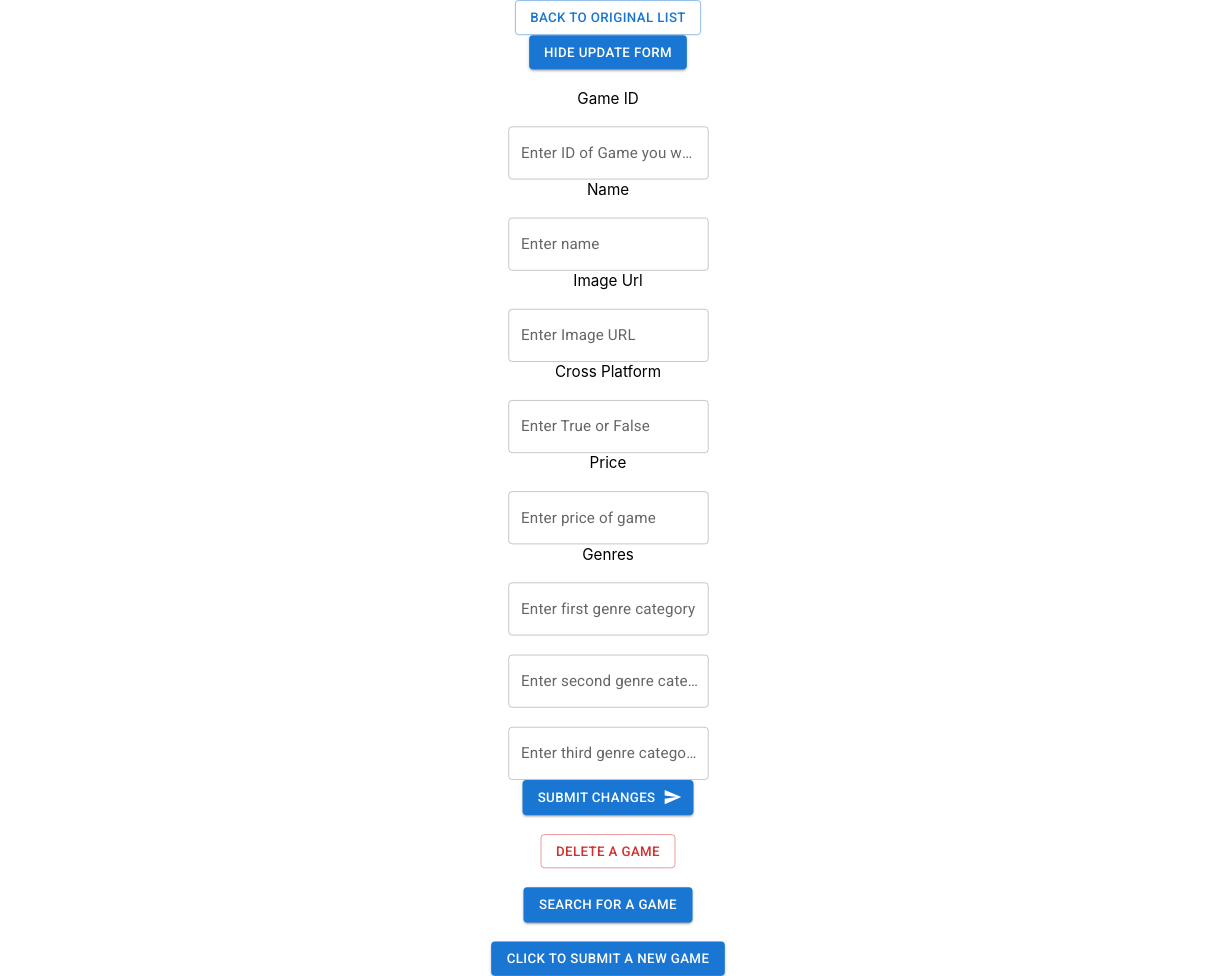
Repository: The-Software-Guild/assessment-2-react-nj10deadend
Page: / (app in Part-2/React-section/frontend/), after clicking the first element matching `button.MuiButton-contained`
The author's editor kept a copy of each file at every save. The page is drawn from the files as they stood at one save, then again after the next save.
The browser window is 1280 px wide. The pictures show the whole page, at 95% of full size.
The page's requests for data from a server got no answer. The project was rebuilt for these pictures with package versions that can differ from the ones it lists, and the page was loaded fresh each time. No one was signed in, and anything a server would have sent is missing. Also part of the build but not shown: Part-2/React-section/frontend/src/components/GameCards.js.

Above is the page before, as saved 2021-12-19 22:42:10.

After the next save:
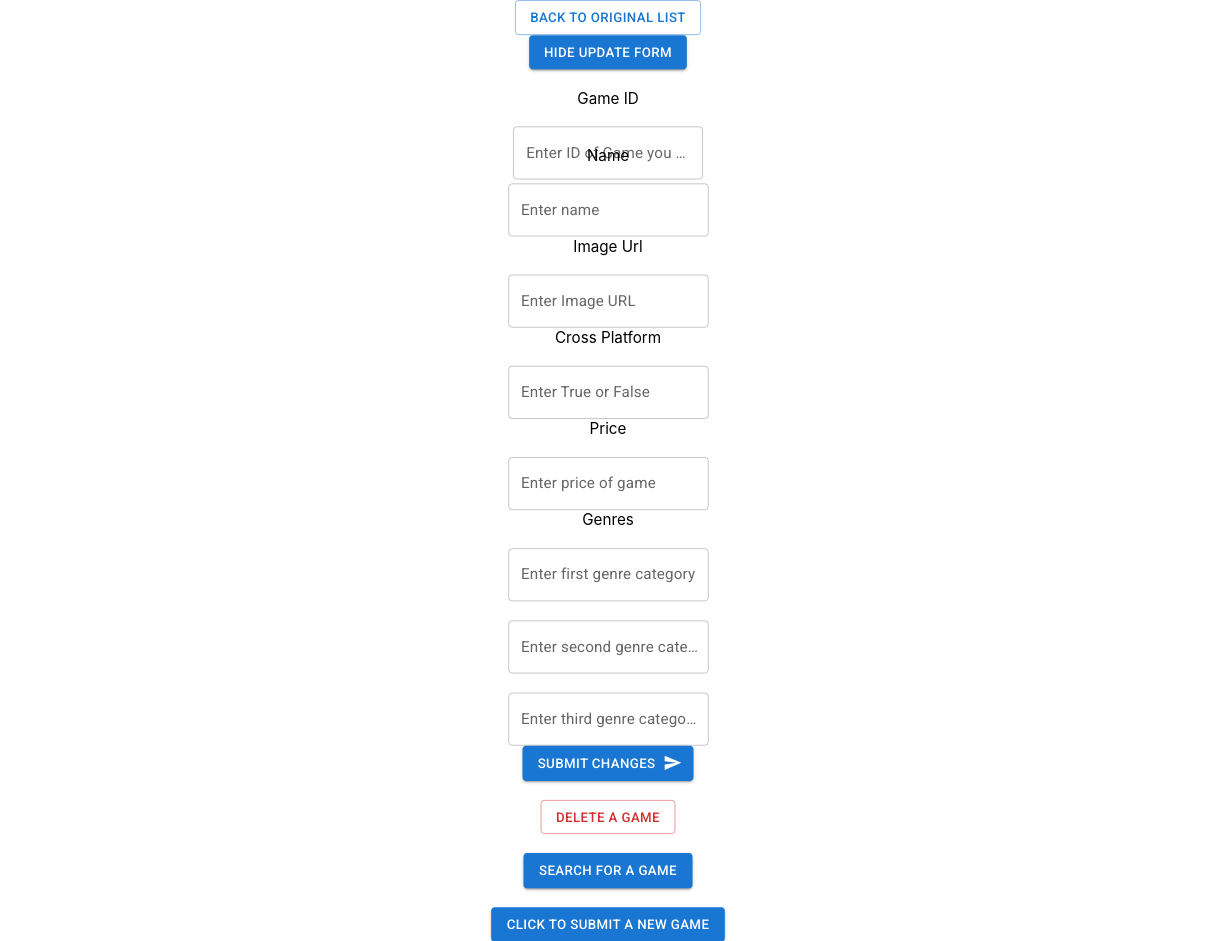
Saved 62 s later.
--- a/Part-2/React-section/frontend/src/components/UpdateGame.js
+++ b/Part-2/React-section/frontend/src/components/UpdateGame.js
@@ -54,7 +54,7 @@
                                 onChange={(event) => {setSearchId(event.target.value)}}
                                 value = {searchId}
                                 /> */}
-                                <TextField id="outlined-basic1" label="Enter ID of Game you want to update"
+                                <TextField className="inputs"id="outlined-basic1" label="Enter ID of Game you want to update"
                                 variant="outlined"
                                 onChange={(event) => {setSearchId(event.target.value)}}
                                 value = {searchId}

After the save that followed:
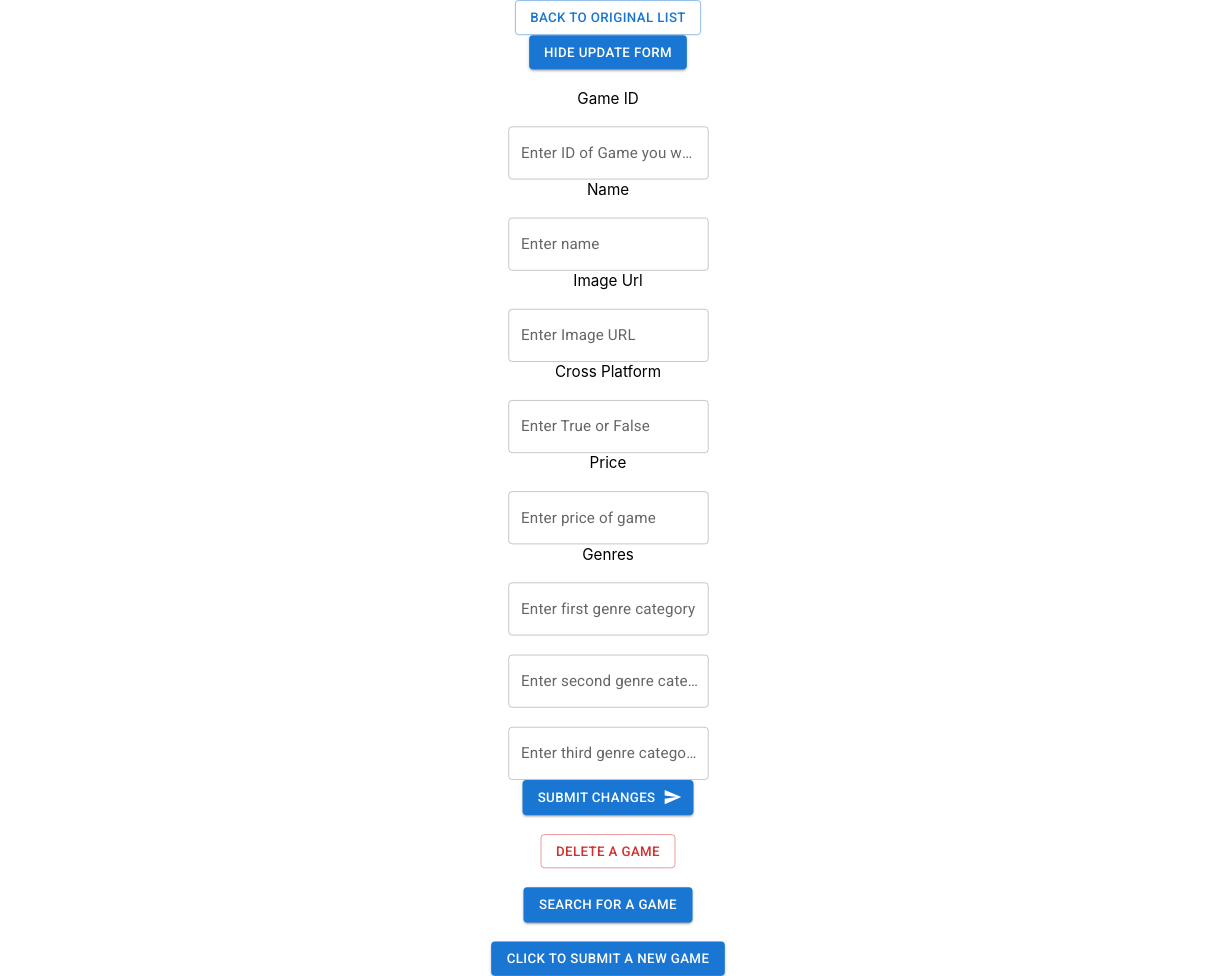
Saved 14 s later.
--- a/Part-2/React-section/frontend/src/components/UpdateGame.js
+++ b/Part-2/React-section/frontend/src/components/UpdateGame.js
@@ -54,7 +54,7 @@
                                 onChange={(event) => {setSearchId(event.target.value)}}
                                 value = {searchId}
                                 /> */}
-                                <TextField className="inputs"id="outlined-basic1" label="Enter ID of Game you want to update"
+                                <TextField className="input-fields" id="outlined-basic1" label="Enter ID of Game you want to update"
                                 variant="outlined"
                                 onChange={(event) => {setSearchId(event.target.value)}}
                                 value = {searchId}
